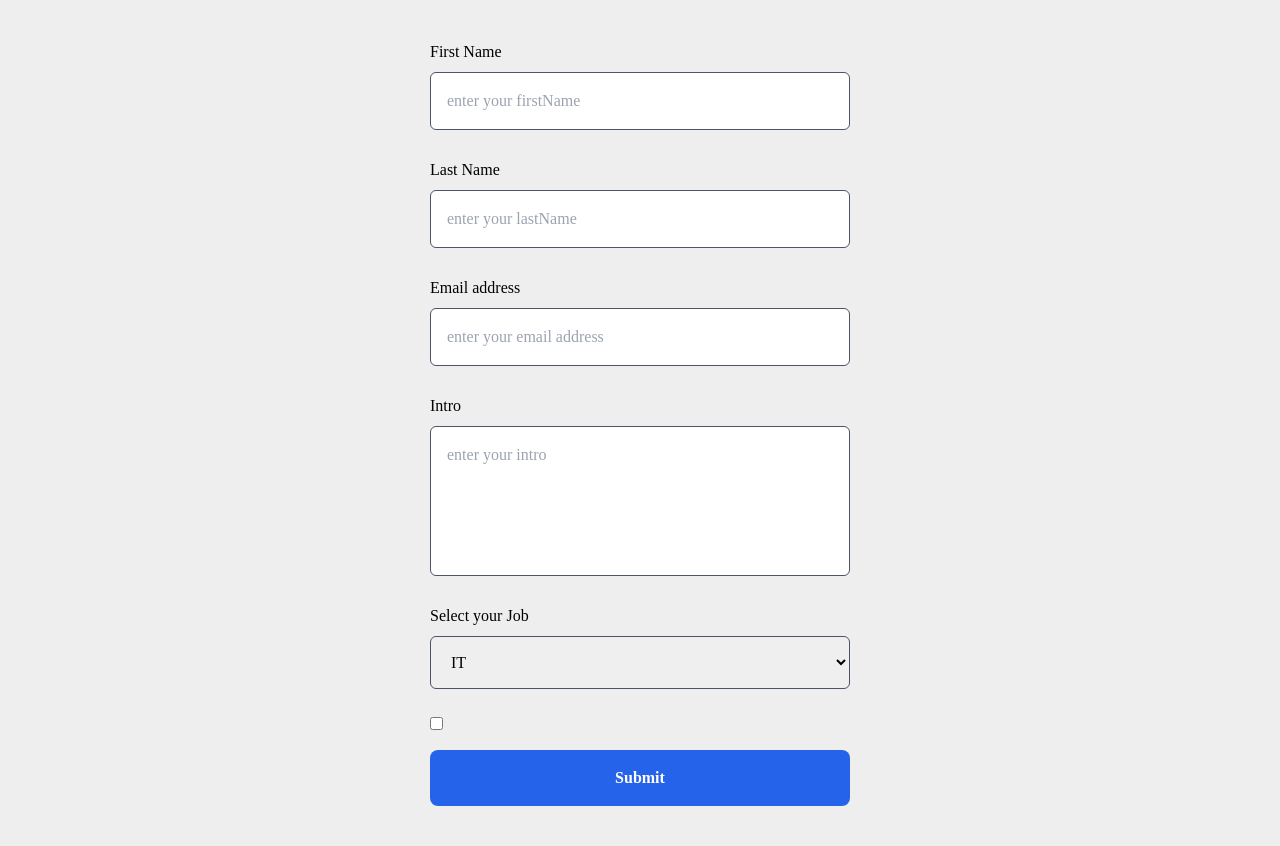
Repository: 16-Doffy/Fe-Khhoahoc
Page: /
An editor plug-in stored every save of this project. The page is shown before and after the next save, followed by the edit.
The browser window is 1280 px wide. The pictures show the whole page.
The project was rebuilt for these pictures with package versions that can differ from the ones it lists, and the page was loaded fresh each time. Also part of the build but not shown: src/App.css.

Above is the page before, as saved 2025-02-11 20:16:44.

After the next save:
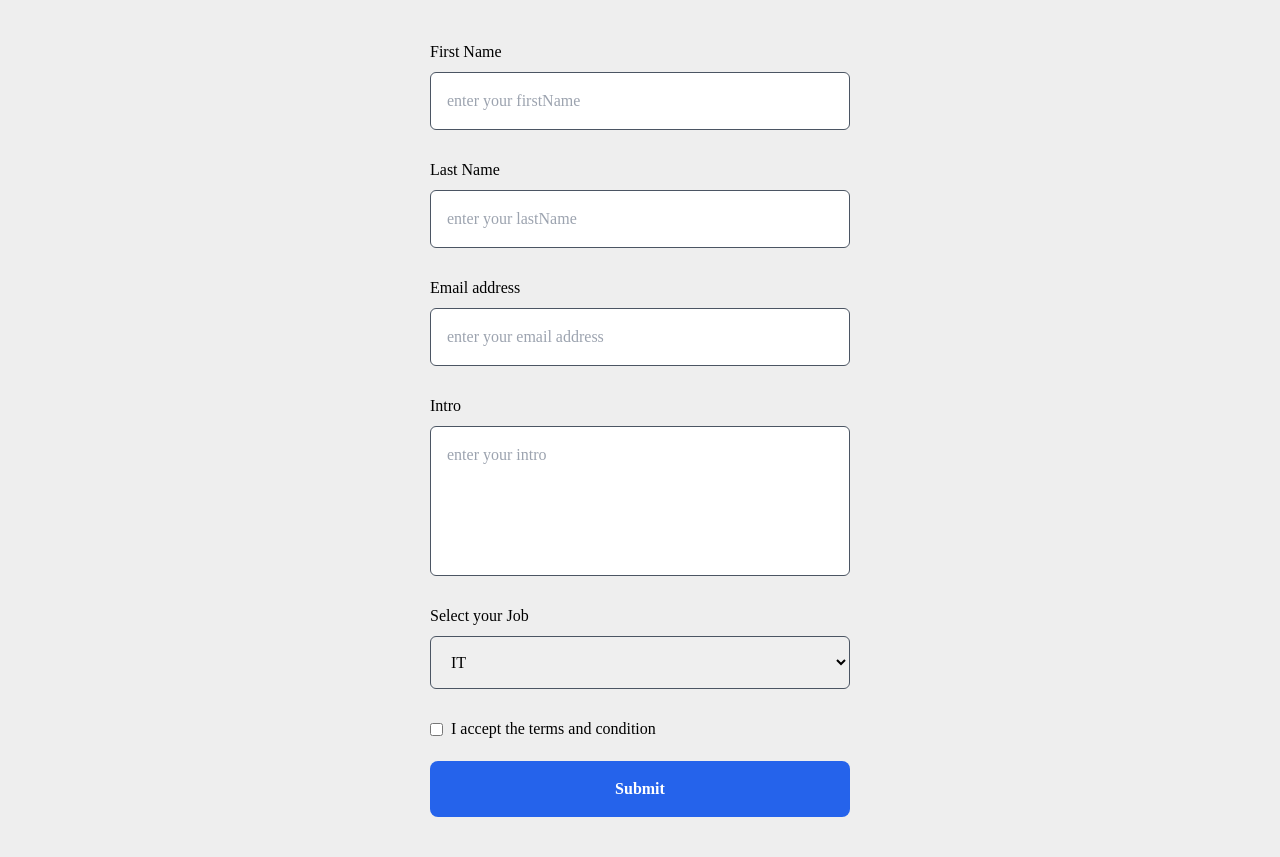
Saved 50 s later.
--- a/src/components/Form/SignUpFormV2Final.js
+++ b/src/components/Form/SignUpFormV2Final.js
@@ -112,6 +112,7 @@ const SignUpFormV2Final = () => {
             placeholder="enter your term"
             className="p-4 rounded-md border border-gray-600"
           ></Field>
+          <p>I accept the terms and condition</p>
           <div className="text-sm text-red-500">
             <ErrorMessage name="term"></ErrorMessage>
           </div>
